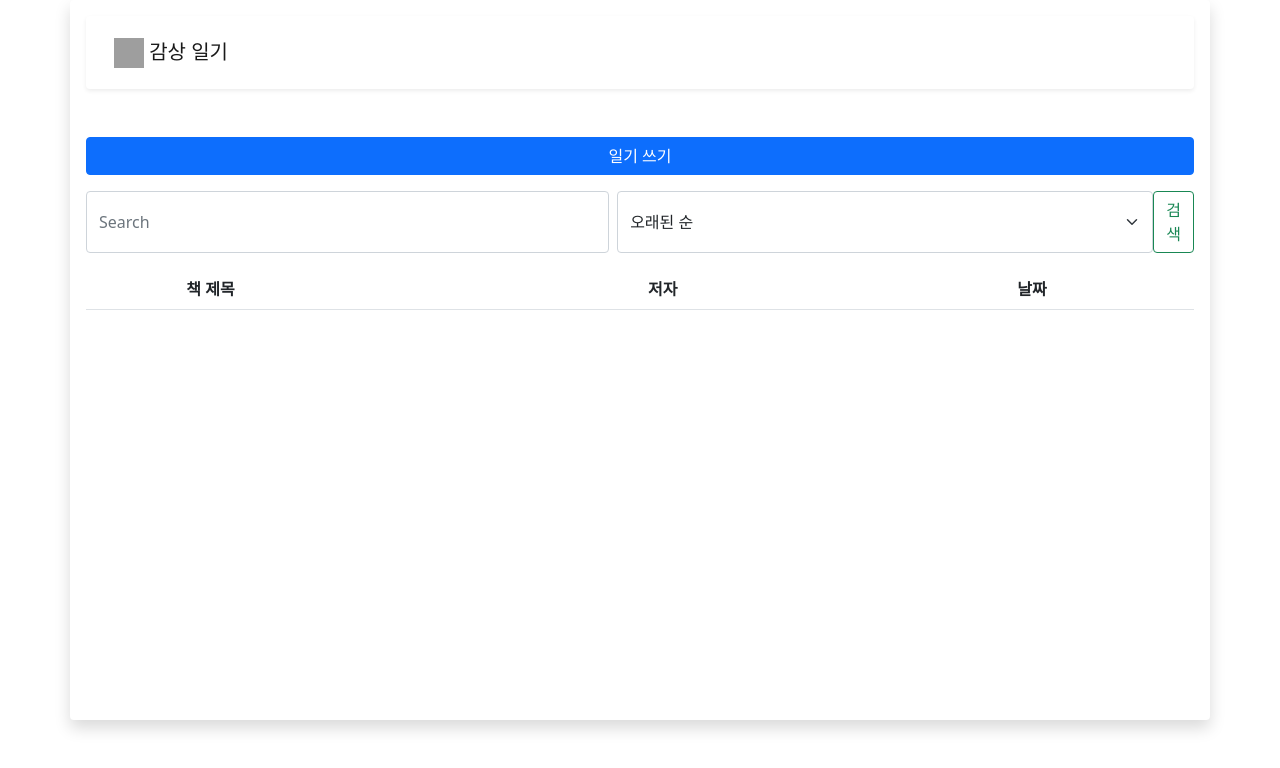
Repository: EunSung98/readMemo
Page: http://localhost/cultureMemoProject/memo/diary.jsp
An editor plug-in stored every save of this project. The page is shown before and after the next save, followed by the edit.
The browser window is 1280 px wide. The pictures show the whole page.
Pictures or frames that could not be fetched are drawn as grey boxes. The page is served by Tomcat 9. Queries for data that is not in the repository find no rows.

Above is the page before, as saved 2023-06-07 01:08:52.

After the next save:
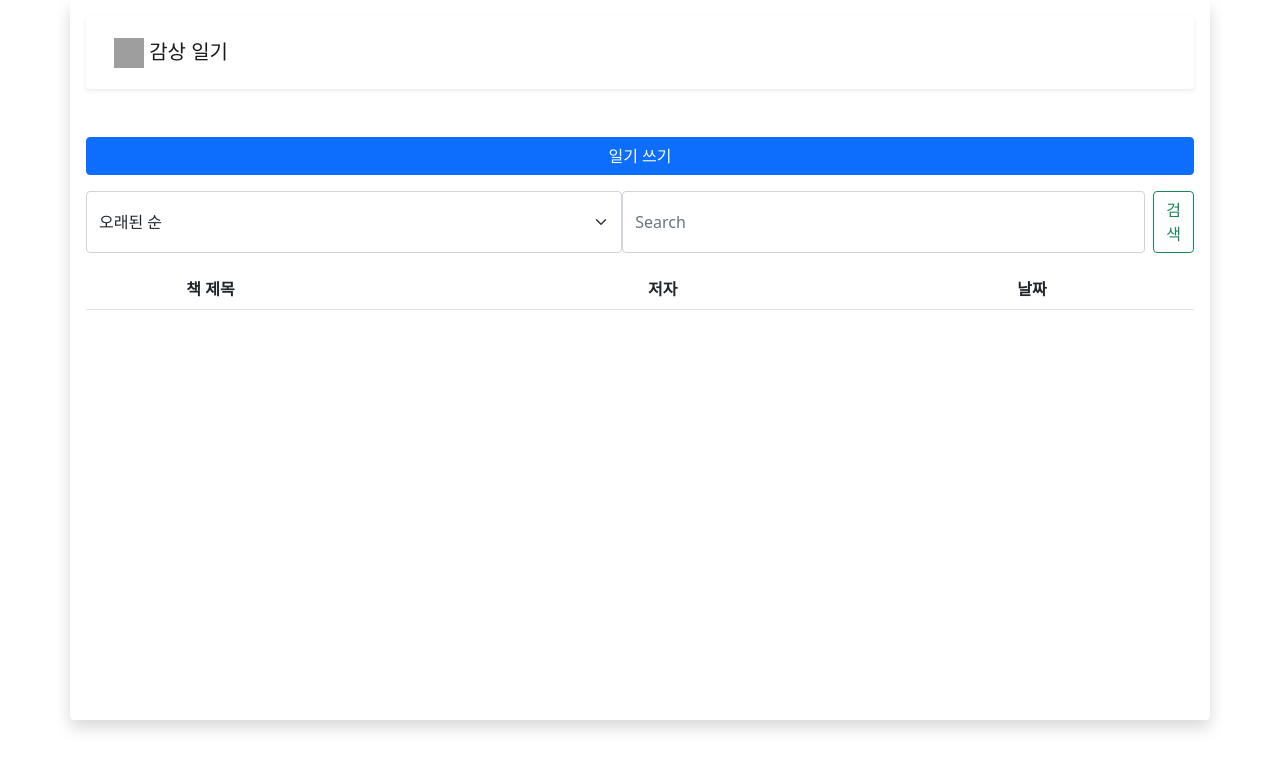
Saved 86 s later.
--- a/cultureMemoProject/src/main/webapp/memo/diary.jsp
+++ b/cultureMemoProject/src/main/webapp/memo/diary.jsp
@@ -16,11 +16,13 @@
 	</div>
 
 	  <form class="mt-3 d-flex justify-content-between">
-			<input class="form-control me-2" type="search" placeholder="Search" aria-label="Search">
-			<select class="form-select " aria-label="Default select example">
+	  		<select class="form-select " aria-label="Default select example">
 			  <option value="1" selected>오래된 순</option>
 			  <option value="2">최신순</option>
+			  <option value="3">책 제목</option>
+			  <option value="4">저자명</option>
 			</select>
+			<input class="form-control me-2" type="search" placeholder="Search" aria-label="Search">
 	    <button class="btn btn-outline-success" type="submit">검색</button>
 	  </form>
 
